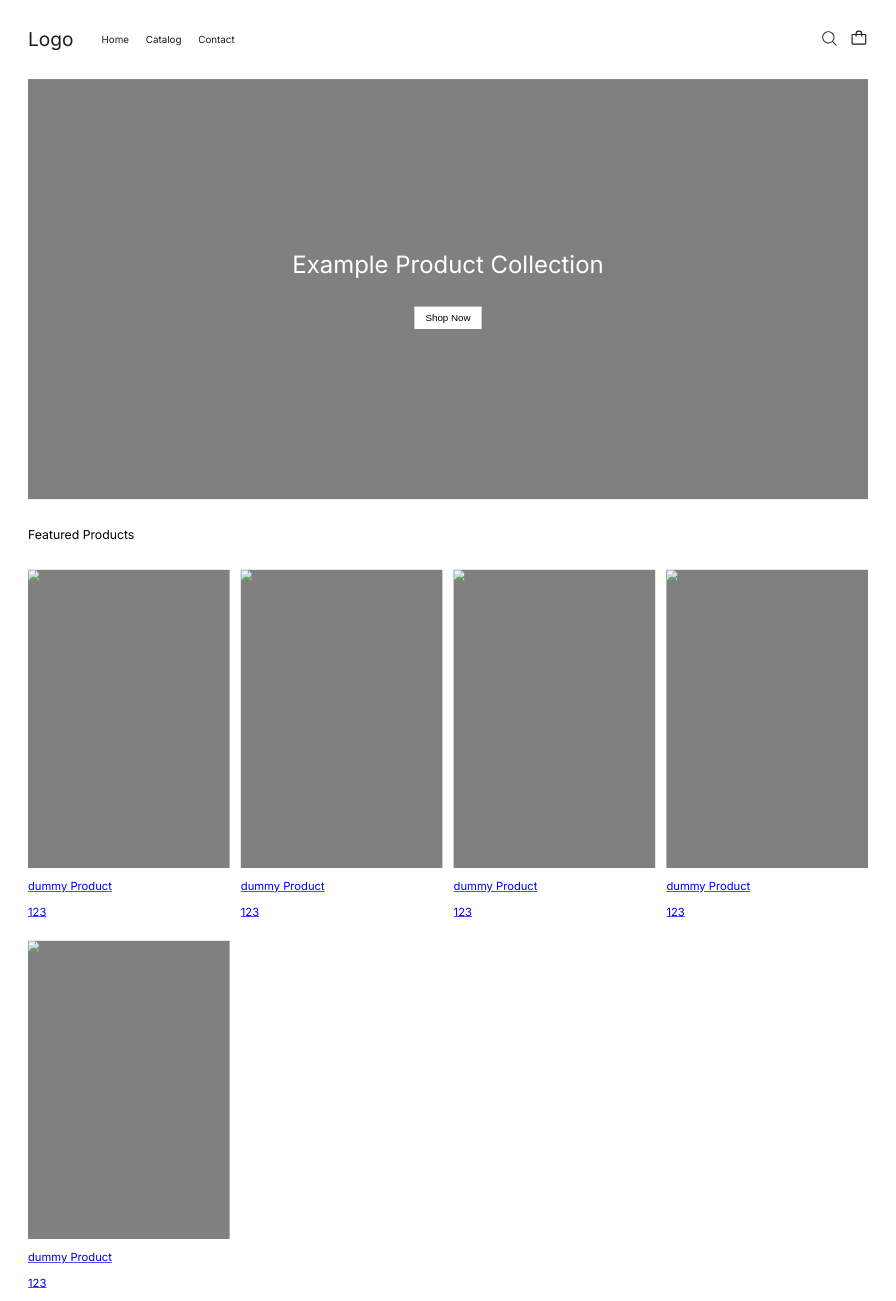
Repository: David-Waite/ecommercefrontendTemplate
Page: /
The author's editor kept a copy of each file at every save. The page is drawn from the files as they stood at one save, then again after a run of saves.
The browser window is 1280 px wide. The pictures show the whole page, at 70% of full size.
The project was rebuilt for these pictures with package versions that can differ from the ones it lists, and the page was loaded fresh each time. The framework's server and built-in components were replaced by stand-ins that run in the browser. Also part of the build but not shown: next.config.js.

Above is the page before, as saved 2023-08-24 20:14:16.

### app/layout.js
import Nav from "./Components/Nav/Nav";
import "./globals.css";
import { Inter } from "next/font/google";

const inter = Inter({ subsets: ["latin"] });

export const metadata = {
  title: "Create Next App",
  description: "Generated by create next app",
};

export default function RootLayout({ children }) {
  return (
    <html lang="en">
      <body className={inter.className}>
        <Nav />
        {children}
      </body>
    </html>
  );
}

### app/page.js
import Image from "next/image";
import styles from "./page.module.css";
import Link from "next/link";
import PrimaryButton from "./Components/UI/PrimaryButton/PrimaryButton";
import ProductGrid from "./Components/UI/ProductsGrid/ProductGrid";
import ProductCard from "./Components/UI/ProductCard/ProductCard";

export default function Home() {
  const DUMMYFEATUREDPRODUCTS = [
    {
      id: "1",
      image: "",
      name: "dummy Product",
      price: 123.0,
    },
    {
      id: "2",
      image: "",
      name: "dummy Product",
      price: 123.0,
    },
    {
      id: "3",
      image: "",
      name: "dummy Product",
      price: 123.0,
    },
    {
      id: "4",
      image: "",
      name: "dummy Product",
      price: 123.0,
    },
    {
      id: "5",
      image: "",
      name: "dummy Product",
      price: 123.0,
    },
  ];

  const featuredProducts = DUMMYFEATUREDPRODUCTS.map(
    ({ id, image, name, price }) => {
      return (
        <ProductCard key={id} image={image} name={name} price={price} id={id} />
      );
    }
  );
  return (
    <main className={styles.main}>
      <div className={styles.heroImage}>
        <h1>Example Product Collection</h1>
        <Link href={"#"}>
          <PrimaryButton text={"Shop Now"} />
        </Link>
      </div>

      <h2 className={styles.featuredProductHeading}>Featured Products</h2>
      <ProductGrid>{featuredProducts}</ProductGrid>
    </main>
  );
}

### app/Components/Nav/Nav.js
"use client";
import Link from "next/link";
import { useState } from "react";
import {
  PiMagnifyingGlassLight,
  PiBag,
  PiListLight,
  PiXLight,
} from "react-icons/pi";
import styles from "./Nav.module.css";

export default function Nav() {
  const [navOpen, setNavOpen] = useState(false);

  function toggleMenu() {
    setNavOpen((prev) => !prev);
  }
  return (
    <nav className={styles.nav}>
      <div className={styles.menu} onClick={toggleMenu}>
        {!navOpen && <PiListLight fontSize={24} />}
        {navOpen && <PiXLight fontSize={24} />}
      </div>

      <div className={styles.moblieMenu} style={{ width: !navOpen && "0" }}>
        <Link href="/">Home</Link>
        <Link href="#">Catalog</Link>
        <Link href="#">Contact</Link>
      </div>
      <div className={styles.linksContainer}>
        <Link className={styles.logo} href="/">
          Logo
        </Link>
        <div className={styles.pagesContainer}>
          <Link href="/">Home</Link>
          <Link href="#">Catalog</Link>
          <Link href="#">Contact</Link>
        </div>
      </div>
      <div className={styles.iconsContainer}>
        <Link href="#">
          <PiMagnifyingGlassLight fontSize={26} />
        </Link>
        <Link href="#">
          <PiBag fontSize={26} />
        </Link>
      </div>
    </nav>
  );
}

### app/globals.css
:root {
  --primary: ;
  --black: #191d1b;
  --background: #ffffff;
  --white: #ffffff;
  --grey: #606060;
  --hoverGrey: #c5c5c5;
  --error: #a83c23;
  --max-width: 1500px;
  --fontBase: 17.5px;
  --fontPlus1: 21.88px;
  --fontPlus2: 27.34px;
  --fontPlus3: 34.18px;
  --fontMinus1: 14px;
  --fontMinus2: 11.2px;
  --marginMax: 40px;
  --margin1000: 32px;
  --marginMobile: 16px;
}

* {
  padding: 0;
  margin: 0;
  box-sizing: border-box;
}

### app/page.module.css
.main {
  margin: 0px auto;
  padding: 0px 40px;
  max-width: calc(var(--max-width) + 80px);
}
.heroImage {
  width: 100%;
  height: 600px;
  background-color: grey;
  display: flex;
  gap: 40px;
  flex-direction: column;
  align-items: center;
  justify-content: center;
}

.heroImage h1 {
  font-size: var(--fontPlus3);
  font-weight: 400;
  color: white;
}

.featuredProductHeading {
  margin: 40px 0;
  font-size: var(--fontBase);
  font-weight: 400;
}

@media (max-width: 1000px) {
  .main {
    padding: 0px var(--margin1000);
  }
}
@media (max-width: 768px) {
  .main {
    padding: 0px var(--marginMobile);
  }
}

### app/Components/UI/PrimaryButton/PrimaryButton.js
import Link from "next/link";
import styles from "./PrimaryButton.module.css";

export default function PrimaryButton({ text }) {
  return <button className={styles.container}>{text}</button>;
}

### app/Components/UI/ProductsGrid/ProductGrid.js
import styles from "./ProductGrid.module.css";
export default function ProductGrid({ children }) {
  return <div className={styles.main}>{children}</div>;
}

### app/Components/UI/ProductCard/ProductCard.js
import Image from "next/image";
import Link from "next/link";
import styles from "./ProductCard.module.css";

export default function ProductCard({ image, name, price, id }) {
  return (
    <Link href={`/catalog/product${id}`} style={styles.main}>
      <div className={styles.imageContainer}>
        <Image src={image} fill={true} alt={name} />
      </div>
      <div className={styles.infoContainer}>
        <p className={styles.name}>{name}</p>
        <p className={styles.price}>{price}</p>
      </div>
    </Link>
  );
}

### app/Components/Nav/Nav.module.css
.nav {
  display: flex;
  align-items: center;
  justify-content: space-between;
  margin: 0px auto;
  padding: 40px;
  max-width: calc(var(--max-width) + 80px);
  position: relative;
}

.linksContainer {
  display: flex;
  align-items: center;
  justify-content: center;
  gap: 40px;
}

.pagesContainer {
  display: flex;
  gap: 24px;
}

.pagesContainer {
  font-size: var(--fontMinus1);
}

.iconsContainer {
  display: flex;
  gap: 16px;
}
.nav a {
  text-decoration: none;
  color: var(--black);
}

.logo {
  font-size: var(--fontPlus2);
}
.moblieMenu {
  position: absolute;
  flex-direction: column;
  width: 400px;
  left: 0;
  top: 113px;
  height: calc(100vh - 113px);
  transition: 0.3s;
  overflow: hidden;
}
.moblieMenu a {
  padding: 16px 32px;
}

.moblieMenu a:hover {
  background-color: var(--hoverGrey);
}
.menu,
.moblieMenu {
  display: none;
}
@media (max-width: 1000px) {
  .nav {
    padding: 40px var(--margin1000);
  }
  .pagesContainer {
    display: none;
  }
  .menu {
    display: block;
  }
  .moblieMenu {
    display: flex;
  }
  .logo {
    margin-left: 42px;
  }
}
@media (max-width: 768px) {
  .nav {
    padding: 40px var(--marginMobile);
  }
  .moblieMenu {
    width: 90vw;
  }
}

### app/Components/UI/PrimaryButton/PrimaryButton.module.css
.container {
  background-color: white;
  padding: 8px 16px;
  border: none;
  cursor: pointer;
  font-size: var(--fontMinus1);
}

.container:hover {
  background-color: var(--hoverGrey);
}

### app/Components/UI/ProductsGrid/ProductGrid.module.css
.main {
  display: grid;
  grid-template-columns: repeat(5, 1fr);
  gap: 40px;
}

@media (max-width: 1500px) {
  .main {
    grid-template-columns: repeat(4, 1fr);
    gap: 16px;
  }
}

@media (max-width: 1000px) {
  .main {
    grid-template-columns: repeat(2, 1fr);
    gap: 32px;
  }
}

@media (max-width: 778px) {
  .main {
    gap: 8px;
  }
}

### app/Components/UI/ProductCard/ProductCard.module.css
.imageContainer {
  height: calc((((1500px - 160px) / 5) * 1.5));
  position: relative;
  /* (total view width / amount of padding total (container + total gap)) / amount of col - 3 * 2) */
  background-color: grey;
}

.infoContainer {
  display: flex;
  flex-direction: column;
  gap: 16px;
  margin: 16px 0;
}

@media (max-width: 1500px) {
  .imageContainer {
    height: calc((100vw - 64px - (var(--marginMax) * 2)) / 4 * 1.5);
    /* (total view width / amount of padding total (container + total gap)) / amount of col - 3 * 2) */
  }
}

@media (max-width: 1000px) {
  .imageContainer {
    height: calc((100vw - 32px - (var(--margin1000) * 2)) / 2 * 1.5);
    /* (total view width / amount of padding total (container + total gap)) / amount of col - 3 * 2) */
  }
}

@media (max-width: 778) {
  .imageContainer {
    height: calc((100vw - 8px - (var(--marginMobile) * 2)) / 2 * 1.5);
    /* (total view width / amount of padding total (container + total gap)) / amount of col - 3 * 2) */
  }
}

After the next 2 saves:
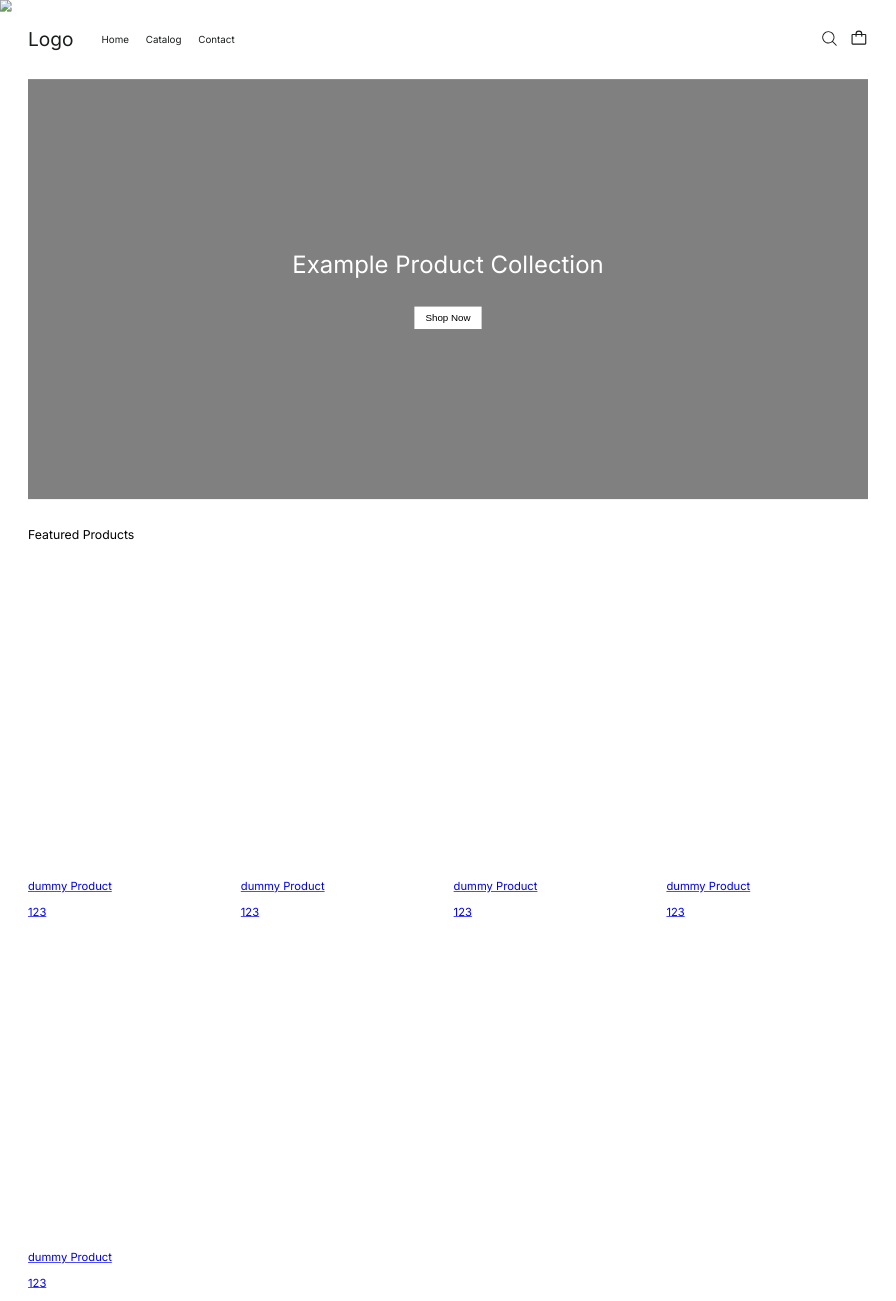
The 2 saves are shown as one change because 1 did not build or start.
The last was saved 29 s later.
--- a/app/Components/UI/ProductCard/ProductCard.module.css
+++ b/app/Components/UI/ProductCard/ProductCard.module.css
@@ -1,4 +1,4 @@
-.imageContainer {
+ntainer {
   height: calc((((1500px - 160px) / 5) * 1.5));
   position: relative;
   /* (total view width / amount of padding total (container + total gap)) / amount of col - 3 * 2) */

After the save that followed:
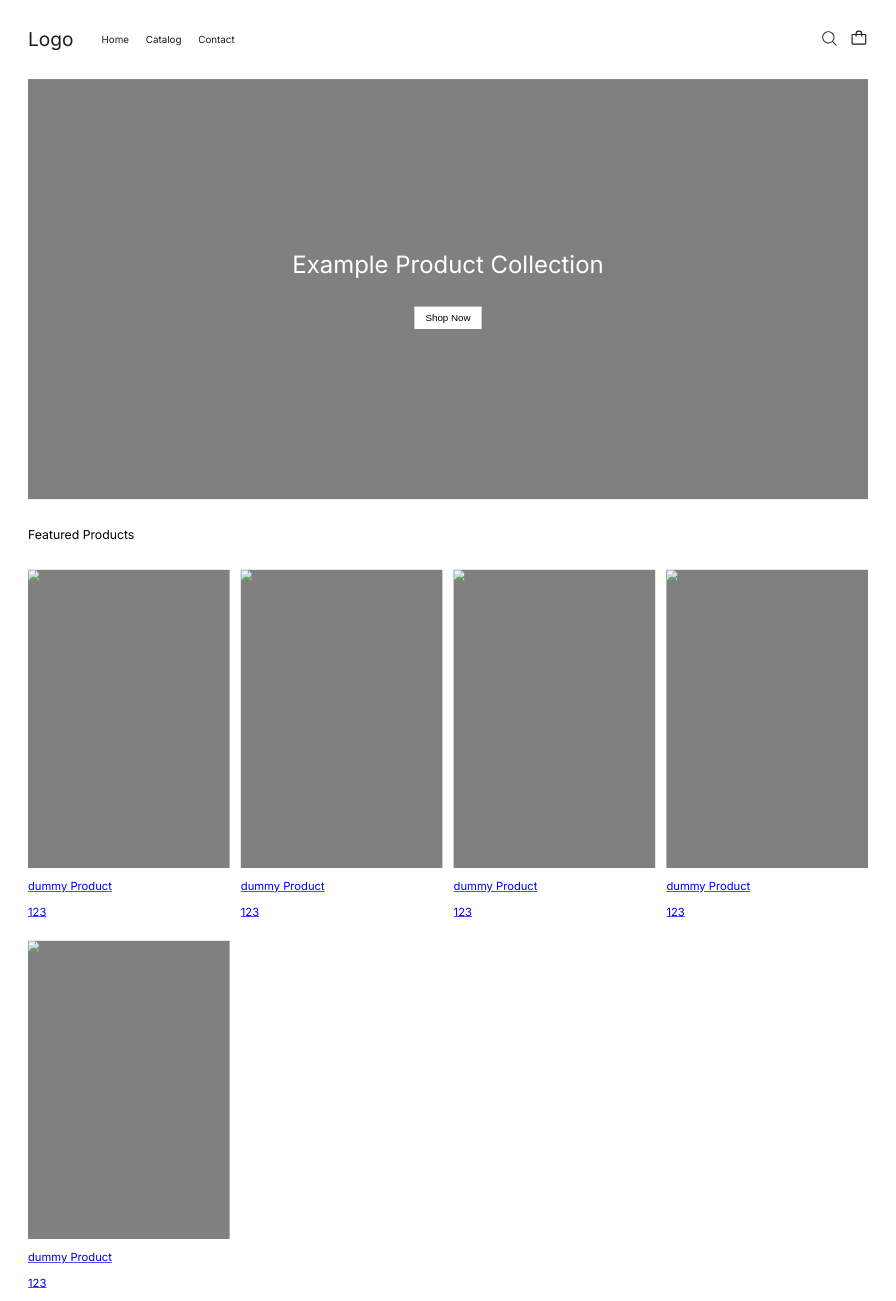
Saved 4 s later.
--- a/app/Components/UI/ProductCard/ProductCard.module.css
+++ b/app/Components/UI/ProductCard/ProductCard.module.css
@@ -1,4 +1,4 @@
-ntainer {
+.imageContainer {
   height: calc((((1500px - 160px) / 5) * 1.5));
   position: relative;
   /* (total view width / amount of padding total (container + total gap)) / amount of col - 3 * 2) */
